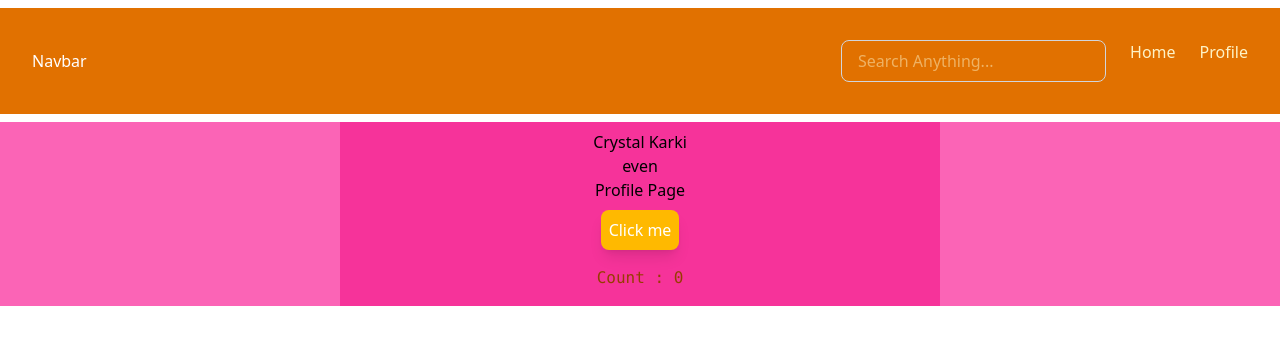
Repository: samit2059/CollegeReact
Page: / (app in react/collegereact/)
The author's editor kept a copy of each file at every save. The page is drawn from the files as they stood at one save, then again after the next save.
The browser window is 1280 px wide. The pictures show the whole page.
The project was rebuilt for these pictures with package versions that can differ from the ones it lists, and the page was loaded fresh each time. Also part of the build but not shown: react/collegereact/vite.config.js, react/collegereact/src/App.jsx, react/collegereact/src/navbar.jsx, react/collegereact/src/Props Example/First.jsx, react/collegereact/src/Props Example/Second.jsx.

Above is the page before, as saved 2026-01-21 11:16:12.

After the next save:
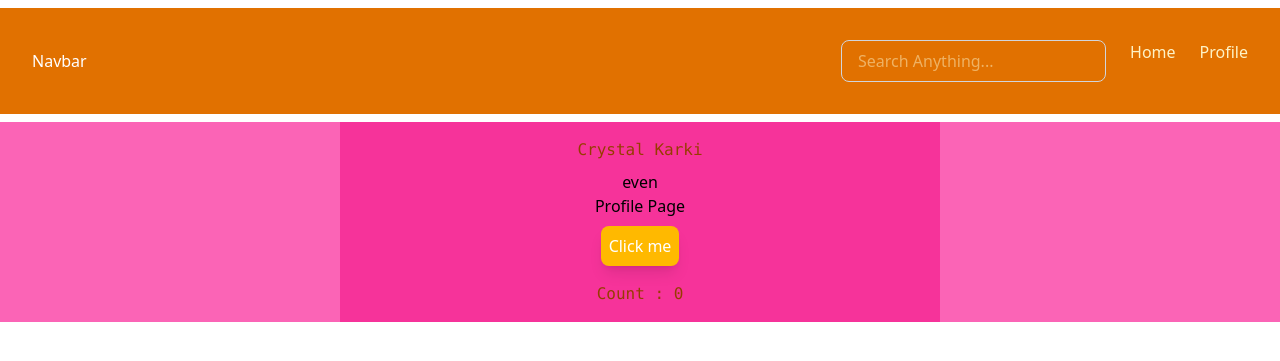
Saved 6 s later.
--- a/react/collegereact/src/StateExamples/profile.jsx
+++ b/react/collegereact/src/StateExamples/profile.jsx
@@ -5,7 +5,7 @@ let Profile = ({gretting}) =>{
     return (
         <div className="items-center justify-center bg-pink-400 text-center flex">
         <div className="p-2 bg-pink-500 w-[600px] items-center justify-center">
-            <p >{gretting}</p>
+            <p className="p-2 text-amber-800 font-mono ">{gretting}</p>
             {count%2 == 0 ? <h2>even</h2> : <h2>ODD</h2>}
             <h1>Profile Page</h1>
             <button onClick={() => setCount(count+1)} className="p-2 m-2 bg-amber-400 font-medium rounded-lg shadow-lg text-white">Click me</button>
